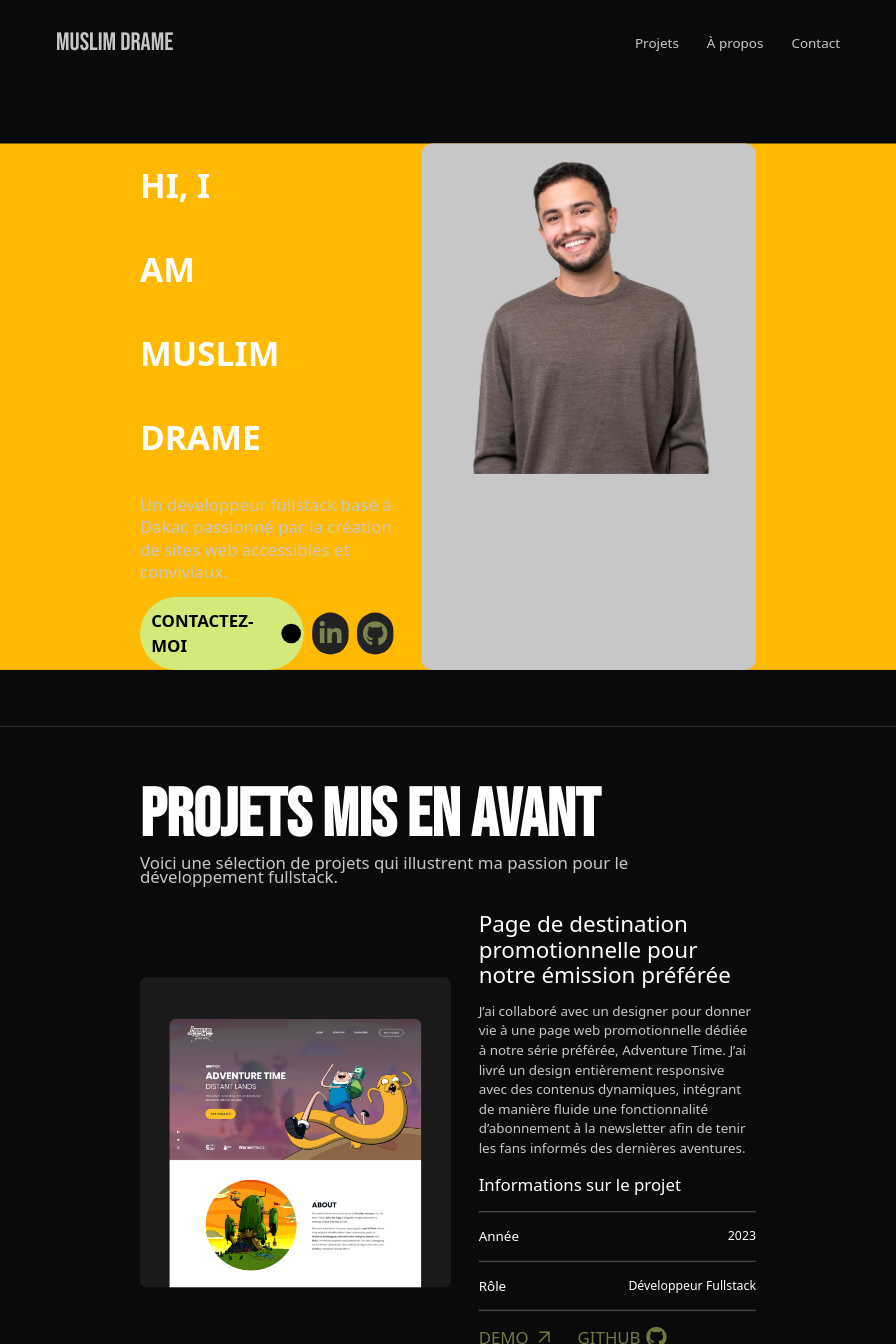
Repository: muslimdrame37-oss/Portfolio1
Page: src/index.html
The author's editor kept a copy of each file at every save. The page is drawn from the files as they stood at one save, then again after a run of saves.
The browser window is 1280 px wide. The pictures show the part of the page from y = 0 to 1920 px (the page is 4845 px tall), at 70% of full size.
Some web fonts or font styles are not loaded; a fallback is used. Some web libraries are served in a nearby version.

Above is the page before, as saved 2026-02-11 18:48:31.

After the next 2 saves:
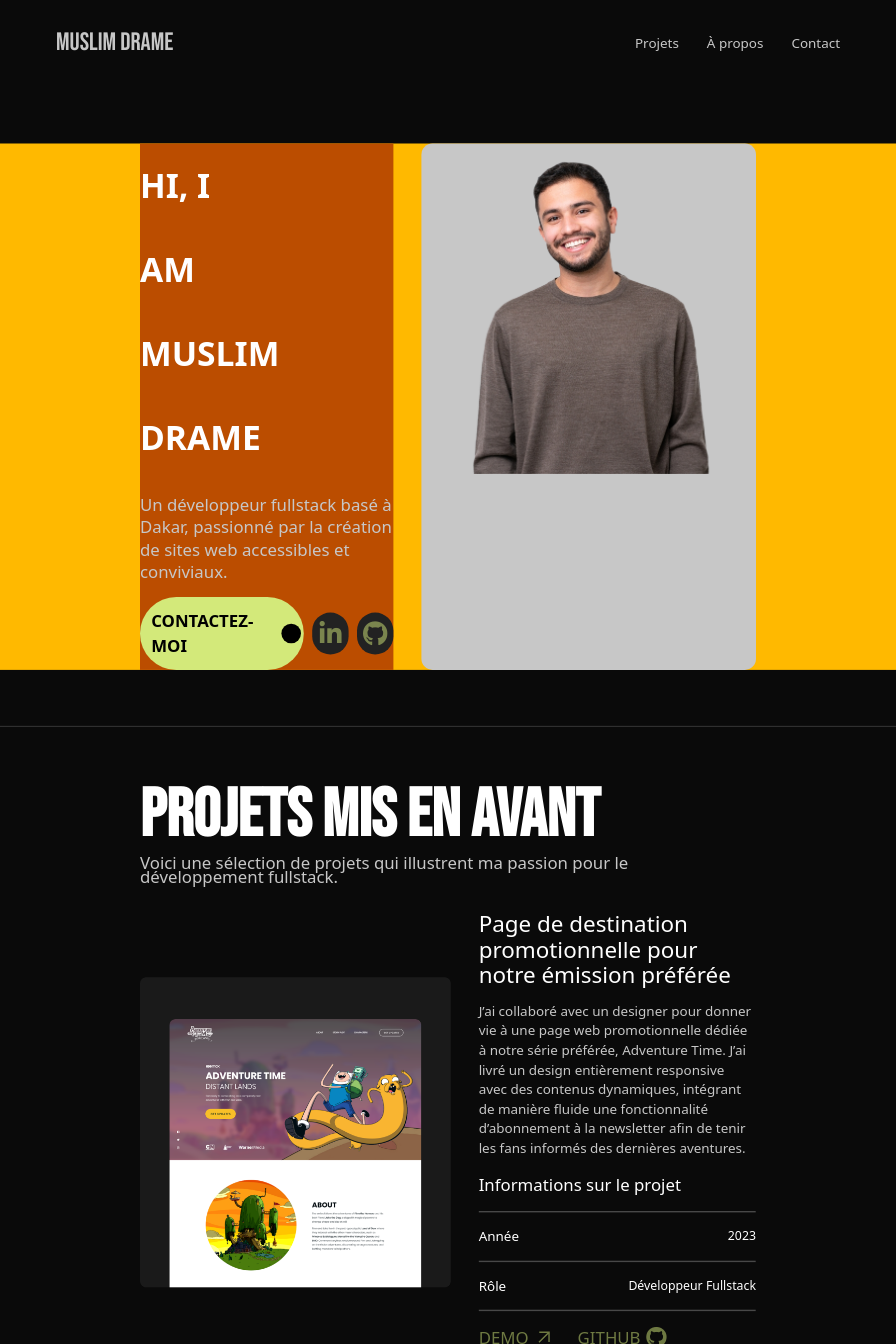
The 2 saves are shown as one change because they came seconds apart.
The last was saved 6 s later.
--- a/src/index.html
+++ b/src/index.html
@@ -45,7 +45,7 @@
         <!-- ========== SECTION HERO ========== -->
         <section class="px-5 mt-20 flex flex-col justify-between gap-10 lg:flex-row lg:px-50 bg-amber-400" aria-label="Section d'accueil">
             <!-- Contenu texte -->
-            <div class="flex flex-col gap-5 justify-center lg:w-1/2">
+            <div class="flex flex-col gap-5 justify-center lg:w-1/2 bg-amber-700">
                 <h2 class="text-white text-[3rem] lg:text-[5rem] lg:font-bold lg:leading-30 leading-15 lg:w-1/2">HI, I AM MUSLIM DRAME</h2>
                 <p class="text-1xl text-[#C7C7C7] lg:text-2xl">
                     Un développeur fullstack basé à Dakar, passionné par la création de sites web accessibles et conviviaux.
